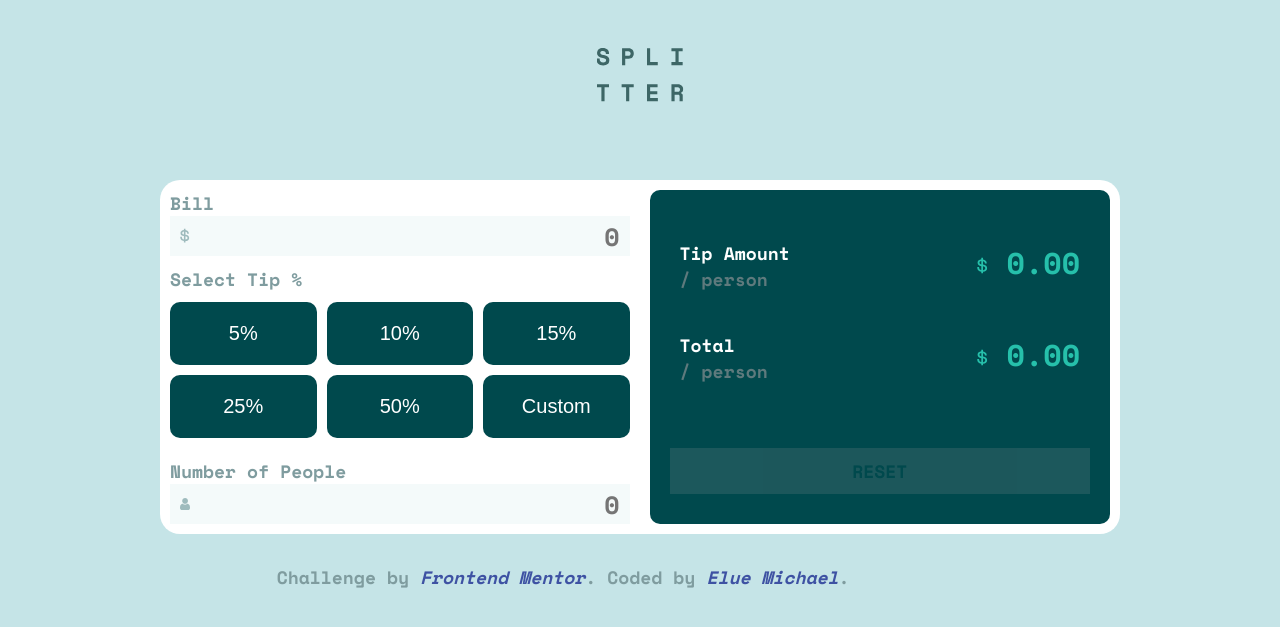
Repository: MeekyBerry/Frontend-Mentor-Challenges
Page: tip-calculator-app/index.html
The author's editor kept a copy of each file at every save. The page is drawn from the files as they stood at one save, then again after the next save.
The browser window is 1280 px wide. The pictures show the whole page.

Above is the page before, as saved 2023-03-28 03:47:18.

### tip-calculator-app/index.html
<!DOCTYPE html>
<html lang="en">

<head>
  <meta charset="UTF-8">
  <meta name="viewport" content="width=device-width, initial-scale=1.0">
  <link rel="icon" type="image/png" sizes="32x32" href="./css/images/favicon-32x32.png">
  <title> Tip calculator app</title>
  <link rel="stylesheet" href="./css/style.css">
  <script src="./script.js" defer></script>
</head>

<body>
  <div class="heading-logo">
    <img src="./css/images/logo.svg" alt="Logo" class="logo">
  </div>

  <form id="form" class="background">
    <div class="first-container">
      <div class="bill-container">
        <label for="bill">Bill</label>
        <!-- <div class="icon-box"> -->
            <!-- <img src="./css/images/icon-dollar.svg" alt="Dollar Icon"> -->
          <input type="number" id="bill" placeholder="0" class="bill-input__img input-bar">
        <!-- </div> -->
      </div>

      <div class="tip">
        <div>Select Tip %</div>
        <div class="percent-container">
          <button type="button" class="percent five">5%</button>
          <button type="button" class="percent ten">10%</button>
          <button type="button" class="percent fiftheen">15%</button>
          <button type="button" class="percent twenty-five">25%</button>
          <button type="button" class="percent fifty">50%</button>
          <button type="button" class="percent custom" id="cst-btn">Custom</button>
        </div>
      </div <div>
      <label for="number">Number of People</label>
      <div class="icon-box">
        <input type="number" id="people" class="people-input__img input-bar" placeholder="0">
      </div>
    </div>
    </div>

    <div class="second-container">
      <div class="amount">
        <p>Tip Amount <span class="person">/ person</span></p>
        <div class="digit">
          <svg xmlns="http://www.w3.org/2000/svg" width="11" height="17">
            <path fill="var(--Strong-cyan)"
              d="M6.016 16.328v-1.464c1.232-.08 2.22-.444 2.964-1.092.744-.648 1.116-1.508 1.116-2.58v-.144c0-.992-.348-1.772-1.044-2.34-.696-.568-1.708-.932-3.036-1.092V4.184c.56.144 1.012.4 1.356.768.344.368.516.816.516 1.344v.288h1.824v-.432c0-.448-.088-.876-.264-1.284a3.783 3.783 0 00-.744-1.116A4.251 4.251 0 007.54 2.9a5.324 5.324 0 00-1.524-.492V.872H4.288V2.36a5.532 5.532 0 00-1.416.324c-.448.168-.84.392-1.176.672-.336.28-.604.616-.804 1.008-.2.392-.3.844-.3 1.356v.144c0 .96.316 1.708.948 2.244.632.536 1.548.884 2.748 1.044v3.912c-.704-.16-1.248-.472-1.632-.936-.384-.464-.576-1.08-.576-1.848v-.288H.256v.576c0 .464.08.924.24 1.38.16.456.404.88.732 1.272.328.392.744.728 1.248 1.008s1.108.476 1.812.588v1.512h1.728zM4.288 7.424c-.688-.128-1.164-.332-1.428-.612-.264-.28-.396-.644-.396-1.092 0-.464.176-.832.528-1.104.352-.272.784-.448 1.296-.528v3.336zm1.728 5.712V9.344c.768.128 1.328.328 1.68.6.352.272.528.688.528 1.248 0 .544-.196.984-.588 1.32-.392.336-.932.544-1.62.624z" />
          </svg>
          <span id="tip-amount">0.00</span>
        </div>
      </div>

      <div class="amount">
        <p>Total <span class="person">/ person</span></p>
        <div class="digit">
          <svg xmlns="http://www.w3.org/2000/svg" width="11" height="17">
            <path fill="var(--Strong-cyan)"
              d="M6.016 16.328v-1.464c1.232-.08 2.22-.444 2.964-1.092.744-.648 1.116-1.508 1.116-2.58v-.144c0-.992-.348-1.772-1.044-2.34-.696-.568-1.708-.932-3.036-1.092V4.184c.56.144 1.012.4 1.356.768.344.368.516.816.516 1.344v.288h1.824v-.432c0-.448-.088-.876-.264-1.284a3.783 3.783 0 00-.744-1.116A4.251 4.251 0 007.54 2.9a5.324 5.324 0 00-1.524-.492V.872H4.288V2.36a5.532 5.532 0 00-1.416.324c-.448.168-.84.392-1.176.672-.336.28-.604.616-.804 1.008-.2.392-.3.844-.3 1.356v.144c0 .96.316 1.708.948 2.244.632.536 1.548.884 2.748 1.044v3.912c-.704-.16-1.248-.472-1.632-.936-.384-.464-.576-1.08-.576-1.848v-.288H.256v.576c0 .464.08.924.24 1.38.16.456.404.88.732 1.272.328.392.744.728 1.248 1.008s1.108.476 1.812.588v1.512h1.728zM4.288 7.424c-.688-.128-1.164-.332-1.428-.612-.264-.28-.396-.644-.396-1.092 0-.464.176-.832.528-1.104.352-.272.784-.448 1.296-.528v3.336zm1.728 5.712V9.344c.768.128 1.328.328 1.68.6.352.272.528.688.528 1.248 0 .544-.196.984-.588 1.32-.392.336-.932.544-1.62.624z" />
          </svg>
          <span id="total-amount">0.00</span>
        </div>
      </div>
      <div class="btn-wrapper">
        <button type="reset" id="reset" class="btn">Reset</button>
      </div>
    </div>
  </form>

  <div class="attribution">
    Challenge by <a href="https://www.frontendmentor.io?ref=challenge" target="_blank">Frontend Mentor</a>.
    Coded by <a href="https://www.frontendmentor.io/profile/MeekyBerry" target="_blank">Elue Michael</a>.
  </div>
</body>

</html>

### tip-calculator-app/css/style.css
@import url("https://fonts.googleapis.com/css2?family=Space+Mono:wght@400;700&display=swap");

:root {
  /* ### Primary */
  --Strong-cyan: hsl(172, 67%, 45%);
  /* ### Neutral */
  --Very-dark-cyan: hsl(183, 100%, 15%);
  --Dark-grayish-cyan: hsl(186, 14%, 43%);
  --Grayish-cyan: hsl(184, 14%, 56%);
  --Light-grayish-cyan: hsl(185, 41%, 84%);
  --Very-light-grayish-cyan: hsl(189, 41%, 97%);
  --White: hsl(0, 0%, 100%);
  --dark-blue: hsl(228, 45%, 44%);
}

html {
  font-size: 50%;
}

*,
::before,
::after {
  margin: 0;
  padding: 0;
  box-sizing: border-box;
}

body {
  font-size: 1.8rem;
  font-family: "Space Mono", sans-serif;
  font-weight: 700;
  background-color: var(--Light-grayish-cyan);
  color: var(--Grayish-cyan);
  height: 100%;
  width: 100%;
}

.heading-logo {
  height: 15rem;
  width: 100%;
  position: relative;
}

.logo {
  position: absolute;
  top: 50%;
  left: 50%;
  transform: translate(-50%, -50%);
}

.background {
  display: flex;
  flex-direction: column;
  justify-content: space-around;
  background-color: var(--White);
  height: 80rem;
  width: 100%;
  border-radius: 2rem;
}

label {
  display: block;
}

.input-bar {
  width: 100%;
  height: 4rem;
  border: none;
  font-size: 2.5rem;
  font-family: "Space Mono", sans-serif;
  font-weight: 700;
  text-align: end;
}

.input-bar:focus {
  outline-color: var(--Strong-cyan);
}

.input-bar::placeholder {
  text-align: end;
}

.bill-input__img {
  background: url(../css/images/icon-dollar.svg) no-repeat;
  background-size: 1rem;
  background-position: 1rem;
  padding: 0 1rem 0 3rem;
  background-color: var(--Very-light-grayish-cyan);
}

.people-input__img {
  background: url(../css/images/icon-person.svg) no-repeat;
  background-size: 1rem;
  background-position: 1rem;
  padding: 0 1rem 0 3rem;
  background-color: var(--Very-light-grayish-cyan);
}

/* Remove Arrows/Spinners ON INPUT */
input::-webkit-outer-spin-button,
input::-webkit-inner-spin-button {
  -webkit-appearance: none;
}

/* Firefox */
input[type="number"] {
  -moz-appearance: textfield;
}

.tip {
  padding: 1rem 0;
}

.percent-container {
  display: grid;
  grid-template-columns: repeat(2, 1fr);
  grid-template-rows: repeat(3, 1fr);
  grid-template-areas:
    "five ten"
    "fiftheen twentyFive"
    "fifty custom";
  gap: 1rem;
  padding: 1rem 0;
}

.percent {
  background-color: var(--Very-dark-cyan);
  color: var(--White);
  text-align: center;
  padding: 2rem;
  border-radius: 1rem;
  border: none;
  font-size: 2rem;
  width: 100%;
}

.percent:active {
  background-color: var(--Strong-cyan);
  color: var(--Very-dark-cyan);
  font-weight: 700;
}

.five {
  grid-area: five;
}

.ten {
  grid-area: ten;
}

.fiftheen {
  grid-area: fiftheen;
}

.twenty-five {
  grid-area: twentyFive;
}

.fifty {
  grid-area: fifty;
}

.custom {
  grid-area: custom;
}

.custom-input {
  background-color: var(--Very-light-grayish-cyan);
  color: var(--Very-dark-cyan);
  border: none;
  border-radius: 1rem;
  padding: 1rem;
  font-size: 2rem;
  font-weight: 700;
  text-align: center;
  width: 100%;
}

.custom-input:focus {
  outline-color: var(--Strong-cyan);
}

.second-container {
  background-color: var(--Very-dark-cyan);
  border-radius: 1rem;
  padding: 3rem 2rem;
}

.amount {
  display: flex;
  justify-content: space-between;
  padding: 2rem 1rem;
}

p {
  color: var(--White);
}

.person {
  display: block;
  font-size: 1.8rem;
  color: var(--Dark-grayish-cyan);
}

.digit {
  color: var(--Strong-cyan);
  font-size: 3rem;
}

.dollar {
  filter: var(--Strong-cyan);
}

.btn {
  width: 100%;
  padding: 1rem;
  background-color: var(--Dark-grayish-cyan);
  color: var(--Very-dark-cyan);
  border: none;
  text-transform: uppercase;
  font-size: 1.8rem;
  font-weight: 700;
  font-family: "Space Mono", sans-serif;
  opacity: 0.3;
}

.attribution {
  font-size: 1.8rem;
  text-align: center;
  width: 88%;
}

.attribution a {
  color: var(--dark-blue);
  text-decoration: none;
  font-style: italic;
}

@media only screen and (min-width: 1000px) {
  html {
    font-size: 62.5%;
  }

  .background {
    width: 75%;
    height: 75%;
    margin: 3rem auto;
    flex-direction: row;
    gap: 2rem;
    padding: 1rem;
  }

  .first-container {
    display: flex;
    flex-direction: column;
    justify-content: space-around;
    width: 50%;
  }

  .percent-container {
    grid-template-columns: repeat(3, 1fr);
    grid-template-rows: repeat(2, 1fr);
    grid-template-areas:
      "five ten fiftheen"
      "twentyFive fifty custom";
  }

  .second-container {
    display: flex;
    flex-direction: column;
    width: 50%;
  }

  .btn-wrapper {
    margin-top: auto;
  }
}

### tip-calculator-app/script.js
// 1. Get the bill amount from the input field
const billInput = document.getElementById('bill');
// 2. Get the tip percentage from the Button array
const tipButtons = document.querySelectorAll('.percent');
// 2.1. The percentage array contains a Custom button which toggles to input field when clicked
const customButton = document.querySelector('.custom');
// 2.2. Get the custom percentage from the input field
const customInput = document.createElement('input');
// Add style class to created customInput element
customInput.classList.add('custom-input');
// 3. Get the number of people from the input field
const peopleInput = document.getElementById('people')
// 4. Calculate the tip amount per person;
const tipAmountSpan = document.getElementById('tip-amount');
// 5. Calculate the total cost per person
const totalAmountSpan = document.getElementById('total-amount');
// 6. Display the tip amount per person
const resetButton = document.getElementById('reset');


let bill = 0;
let tipPercentage = 0;
let customPercentage = 0;
let people = 0;

let inputPeople = false;
let error = true;

// add input validation for bill and people fields
billInput.addEventListener('input', () => {
    bill = Number(billInput.value);
    calculateTip();
});

peopleInput.addEventListener('input', () => {
    people = Number(peopleInput.value);
    calculateTip();
});

// add event listeners for tip buttons
tipButtons.forEach(button => {
    button.addEventListener('click', () => {
        if (button.classList.contains('custom')) {
            customInput.type = 'number';
            customInput.min = 1;
            customInput.placeholder = 'Custom';
            customInput.value = '';
            customInput.classList.add('custom-input');
            button.parentNode.replaceChild(customInput, button);
            customInput.focus();
        } else {
            tipPercentage = Number(button.textContent.replace('%', ''));
            calculateTip();
        }
    });
});

// add event listener for custom input
customInput.addEventListener('input', () => {
    customPercentage = Number(customInput.value);
    calculateTip();
});

// add event listener for reset button
resetButton.addEventListener('click', () => {
    billInput.value = '';
    peopleInput.value = '';
    tipAmountSpan.textContent = '$0.00';
    totalAmountSpan.textContent = '$0.00';
    bill = 0;
    tipPercentage = 0;
    customPercentage = 0
    people = 0;
    customInput.parentNode.replaceChild(customButton, customInput);
});

// calculate tip and total amount
const calculateTip = () => {
    if (people > 0) {
        inputPeople = true;
        let tip = (bill * (tipPercentage + customPercentage)) / 100;
        let total = bill + tip;
        let tipPerPerson = tip / people;
        let totalPerPerson = total / people;
        tipAmountSpan.textContent = `$${tipPerPerson.toFixed(2)}`;
        totalAmountSpan.textContent = `$${totalPerPerson.toFixed(2)}`;
    }
};







// const BILL = document.querySelector('.bill-input');
// const TIP_PERCENT = document.querySelectorAll('.percent');
// const PEOPLE = document.querySelector('.number-input');
// const TOTAL_BILL = document.getElementById('total');
// const TIP_AMOUNT = document.getElementById('tip-amount');
// const CUSTOM = document.querySelector('.custom');
// const CUSTOM_BUTTON = document.getElementById('cst-btn')
// const CUSTOM_INPUT = document.getElementById('cst-input')
// const RESET = document.getElementById('reset');

// let billValue;
// let person;
// let customValue;
// let custom = 0;

// let myArray = [5, 10, 15, 25, 50, custom];
// let tipAmount = 0;

// let error = true;
// let inputPeople = false;

// const calculateHandler = () => {
//     if (inputPeople) {
//         let amount = (billValue + tipAmount) / person;
//         TOTAL_BILL.textContent = `${amount.toFixed(2)}`;
//     }
// };

// BILL.addEventListener('change', () => {
//     error = !error;
//     billValue = parseFloat(BILL.value);
//     TIP_PERCENT.forEach((el, idx) => {
//         let percent = myArray[idx];
//         el.addEventListener('click', (e) => {
//             let target = e.target;
//             if (target.classList.contains('percent')) {
//                 let percent = parseFloat(target.textContent);
//                 if (isNaN(percent)) {
//                     percent = customValue;
//                 } else {
//                     customValue = 0;
//                 }
//                 // if (CUSTOM.firstElementChild === CUSTOM_INPUT && idx === 5) {
//                 //     CUSTOM_INPUT.addEventListener('change', () => {
//                 //         customValue = parseFloat(CUSTOM_INPUT.value);
//                 //         tipAmount = CUSTOM_INPUT.value * (percent / 100);
//                 //         TIP_AMOUNT.textContent = `${tipAmount.toFixed(2)}`;
//                 //         calculateHandler();
//                 //     })
//                 // }
//                 tipAmount = billValue * (percent / 100);
//                 TIP_AMOUNT.textContent = `${tipAmount.toFixed(2)}`;
//                 calculateHandler();
//             }
//         });
//     });
// });


//     // billValue = +BILL.value;
//     // TIP_PERCENT.forEach((el, idx) => {
//     //     let percent = myArray[idx];
//     //     el.addEventListener('click', () => {
//     //         if (CUSTOM.firstElementChild === CUSTOM_INPUT && idx === 5) {
//     //             CUSTOM_INPUT.addEventListener('change', () => {
//     //                 customValue = +CUSTOM_INPUT.value;
//     //                 tipAmount = CUSTOM_INPUT.value * (+percent / 100);
//     //                 TIP_AMOUNT.textContent = `${tipAmount.toFixed(2)}`;
//     //                 calculateHandler();
//     //             })
//     //         }
//     //         tipAmount = BILL.value * (+percent / 100);
//     //         TIP_AMOUNT.textContent = `${tipAmount}`;
//     //         calculateHandler();
//     //     });
//     // });

// // TIP_PERCENT.addEventListener('click', (e) => {
// //     let target = e.target;
// //     if (target.classList.contains('percent')) {
// //       let percent = parseFloat(target.textContent);
// //       if (isNaN(percent)) {
// //         percent = customValue;
// //       } else {
// //         customValue = 0;
// //       }
// //       tipAmount = billValue * (percent / 100);
// //       TIP_AMOUNT.textContent = `${tipAmount.toFixed(2)}`;
// //       calculateHandler();
// //     }
// //   });


// PEOPLE.addEventListener('input', () => {
//     // inputPeople = !inputPeople;
//     // person = +PEOPLE.value;
//     // if (!error) {
//     //     calculateHandler();
//     // }
//  inputPeople = true;
//   person = parseFloat(PEOPLE.value);
//   if (!error && person > 0) {
//     calculateHandler();
//   } else {
//     TOTAL_BILL.textContent = '0.00';
//   }
// });

// CUSTOM.addEventListener('click', () => {
//     // if (CUSTOM.firstElementChild === CUSTOM_BUTTON) {
//     //     CUSTOM.innerHTML = `<input type="number" id="cst-input" class="percent cst" />`
//     // }
//     if (CUSTOM.firstElementChild === CUSTOM_BUTTON) {
//         // CUSTOM.innerHTML = `<input type="number" id="cst-input" class="percent cst" />`
//         CUSTOM.innerHTML = `<input type="number" class="percent cst" />`;
//         CUSTOM_INPUT.addEventListener('change', () => {
//           customValue = parseFloat(CUSTOM_INPUT.value);
//           TIP_PERCENT.lastElementChild.textContent = `${customValue}%`;
//           tipAmount = billValue * (customValue / 100);
//           TIP_AMOUNT.textContent = `${tipAmount.toFixed(2)}`;
//           calculateHandler();

//         });
//       }
// })

// RESET.addEventListener('click', () => {
//     // BILL.value = '';
//     // PEOPLE.value = '';
//     // TIP_AMOUNT.textContent = '0.00';
//     // TOTAL_BILL.textContent = '0.00';
//     CUSTOM.innerHTML = `<button id="cst-btn" class="percent cst">Custom</button>`;
//     BILL.value = '';
//     PEOPLE.value = '';
//     TIP_AMOUNT.textContent = '0.00';
//     TOTAL_BILL.textContent = '0.00';
//     inputPeople = false;
//     customValue = 0;
//     tipAmount = 0;
// });

After the next save:
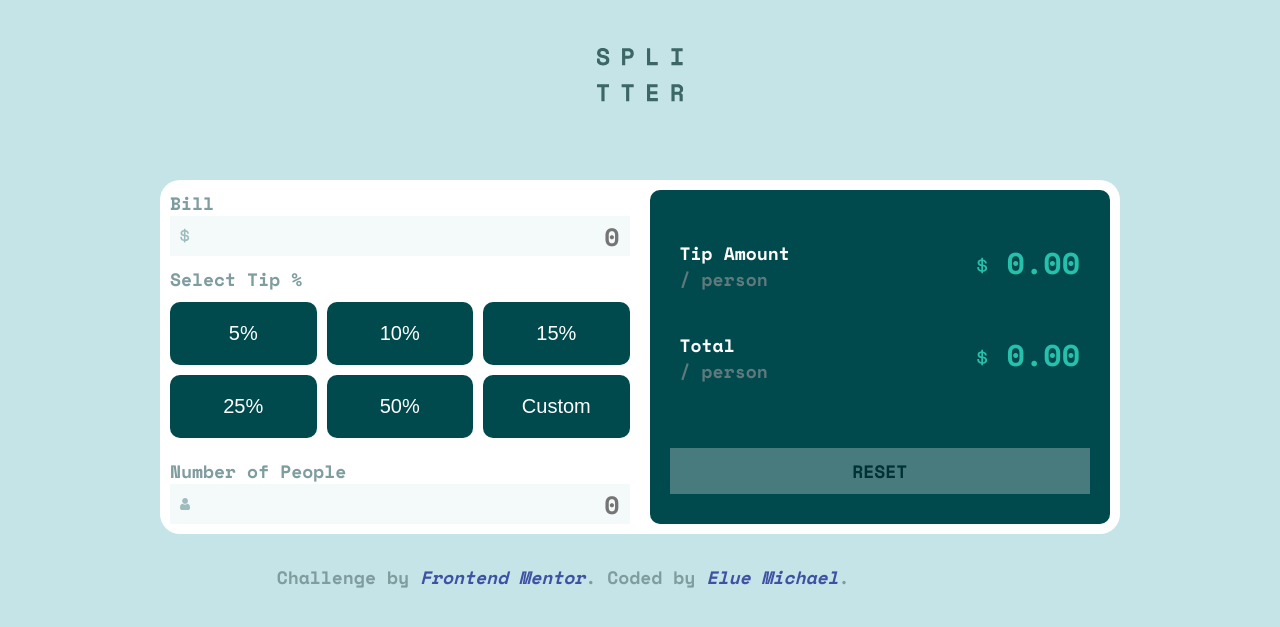
Saved 28 s later.
--- a/tip-calculator-app/css/style.css
+++ b/tip-calculator-app/css/style.css
@@ -214,8 +214,6 @@ p {
 .btn {
   width: 100%;
   padding: 1rem;
-  background-color: var(--Dark-grayish-cyan);
-  color: var(--Very-dark-cyan);
   border: none;
   text-transform: uppercase;
   font-size: 1.8rem;
